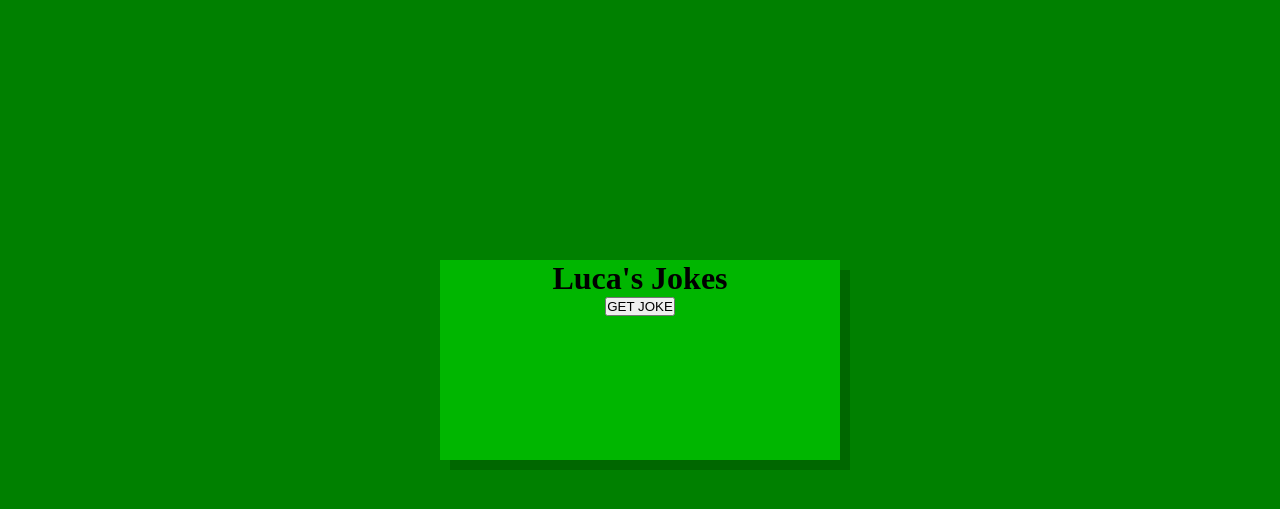
Repository: SerbanLuca/ChuckNorrisJokes-app
Page: /
The author's editor kept a copy of each file at every save. The page is drawn from the files as they stood at one save, then again after the next save.
The browser window is 1280 px wide. The pictures show the whole page.
The page's requests for data from a server got no answer. The project was rebuilt for these pictures with package versions that can differ from the ones it lists, and the page was loaded fresh each time. No one was signed in, and anything a server would have sent is missing.

Above is the page before, as saved 2021-04-07 14:09:06.

### src/App.js
import './App.css';
import React, {useState, useEffect} from 'react';

const API_KEY = `https://api.icndb.com/jokes/random`;

function App() {

  const [joke, setJoke] = useState('');

  const getJoke = () =>
  {
      fetch(API_KEY)
        .then(res => res.json())
          .then(data => setJoke(data.value.joke));
  }

  useEffect(() => {
      getJoke();
  },[])


  return (
      <div className="container">
        <h1>Luca's Jokes</h1>
        <p>{joke}</p>
        <button onClick={getJoke}>GET JOKE</button>
      </div>
  );
}

export default App;

### src/App.css
*
{
  box-sizing:border-box;
  padding: 0;
  margin: 0;
}

#root
{
  display: flex;
  justify-content: center;
  align-items: center;
  min-height: 100vh;

}

.container
{
  background-color: rgb(0, 182, 0);
  width: 400px;
  height: 200px;
  box-shadow: 10px 10px rgba(0,0,0,0.2);
  text-align: center;
}

.button
{
  background-color: rgb(231, 255, 164);
  font: 50px;
}

.button:active
{
  transform: scale(0.98);
}

body
{
  background-color: green;
}

Loaded but not shown: public/index.html (common file); src/index.js (common file)

After the next save:
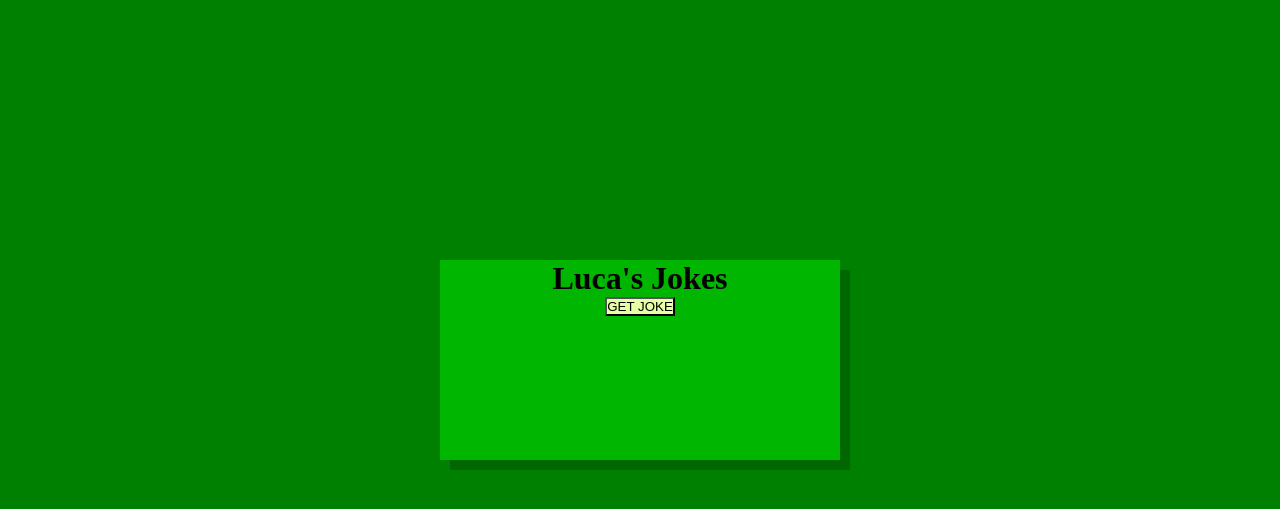
Saved 22 s later.
--- a/src/App.js
+++ b/src/App.js
@@ -23,7 +23,7 @@ function App() {
       <div className="container">
         <h1>Luca's Jokes</h1>
         <p>{joke}</p>
-        <button onClick={getJoke}>GET JOKE</button>
+        <button className="button" onClick={getJoke}>GET JOKE</button>
       </div>
   );
 }
